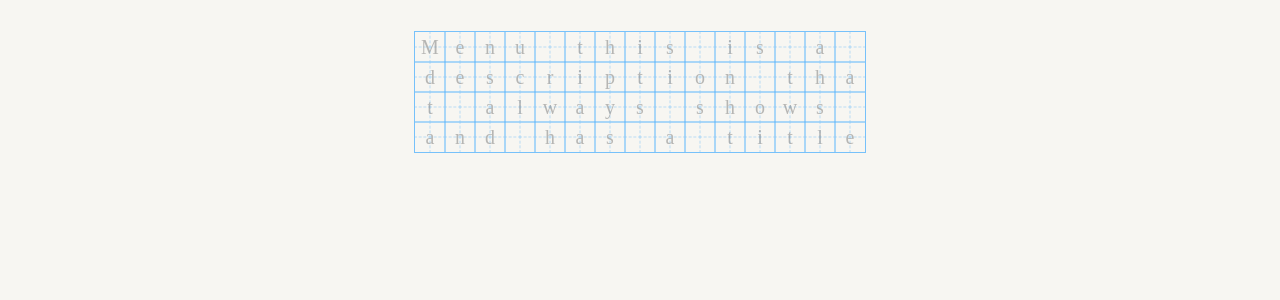
Repository: pyrcl090/p-p
Page: index.html
An editor plug-in stored every save of this project. The page is shown before and after the next save, followed by the edit.
The browser window is 1280 px wide. The pictures show the whole page.
The page's requests for data from a server got no answer. Some web fonts or font styles are not loaded; a fallback is used.

Above is the page before, as saved 2025-04-19 23:34:03.

### index.html
<!DOCTYPE html>
<html lang="en">
<head>
    <meta charset="UTF-8">
    <meta name="viewport" content="width=device-width, initial-scale=1.0">
    <title>P</title>
    <link rel="stylesheet" href="style.css">
</head>
<body>

    <div class="grid-wrapper">
        <div class="grid-border" id="grid-border">
          <!-- JavaScript will populate .grid-item elements here -->
        </div>
      </div>

        <!-- <div class="grid-wrapper">
          <div class="grid-container"></div>
          <div class="overlay-grid"></div>
        </div> -->

        <script src="script.js" async defer></script>
</body>
</html>

### style.css
@font-face {
  font-family: 'HMP';
  src: url("./assets/hiragino-maru-gothic-pron-w4.otf") format("truetype");
}

a {
  color: rgb(167, 151, 0);
  opacity: .5;
}

html, body {
  background-color: rgb(247, 246, 242);
  margin: 0;
  padding: 0;
  font-family: 'HMP';
}

body {

}

.grid-wrapper {
  padding: 2em;
  display: flex;
  justify-content: flex-start;
  align-items: center;
  flex-direction: column;
  width: 100%;
  min-height: 100vh;
  box-sizing: border-box;
}

.grid-border {
  display: flex;
  flex-direction: column;
  align-items: center;
  gap: 2em;
}

/* Inner container holding grid + overlay */
.grid-wrapper-inner {
  position: relative;
  display: inline-block;
  line-height: 0;
}

/* Grid background */
.grid-columns-rows {
  display: grid;
  grid-template-columns: repeat(15, 30px);
  grid-auto-rows: 30px;
  gap: 0;
  outline: 1px solid rgb(88, 181, 253);
  pointer-events: none;
  z-index: 1;
}

/* Each subcell (quad layout) */
.grid-columns-rows .grid-item {
  display: grid;
  grid-template-columns: repeat(2, 1fr);
  grid-template-rows: repeat(2, 1fr);
  width: 30px;
  height: 30px;
  outline: 0.5px solid rgb(88, 181, 253);
  opacity: 0.6;
}

.sub-cell {
  outline: 0.15px dashed rgb(88, 181, 253);
  opacity: 0.4;
  width: 100%;
  height: 100%;
}

/* Overlaid text */
.grid-content {
  display: grid;
  grid-template-columns: repeat(15, 30px);
  grid-auto-rows: 30px;
  gap: 0;
  position: absolute;
  top: 0;
  left: 0;
  z-index: 2;
}

.overlay-item {
  width: 30px;
  height: 30px;
  font-size: 20px;
  text-align: center;
  display: flex;
  justify-content: center;
  align-items: center;
  font-family: 'HMP';
  color: rgba(113, 113, 113, 0.6);
  line-height: 1;
  white-space: nowrap;
  pointer-events: auto;
}

.grid-image {
  width: 100%;  /* Ensure it fills the available width of the wrapper */
  display: block;  /* Block display to avoid inline issues */
  object-fit: contain;  /* Maintain aspect ratio and fit within the container */
  max-height: calc(30px * 10);  /* Ensure the image doesn't exceed the height of 5 rows */
  margin: 0; /* Remove any default margin */
  opacity: .8;
}

.grid-image-wrapper {
  display: flex;  /* Flexbox enables easy alignment of the image */
  justify-content: center;  /* Default alignment to center, you can change it via JS */
  align-items: center;  /* Vertically center the image */
  width: 100%;  /* Make sure it spans the full width of the grid column */
  height: calc(30px * 5);  /* Ensure it takes up exactly 5 rows in height */
}

.grid-item {
  display: flex;
  flex-direction: column;
  width: fit-content;
  opacity: .8;
}

.grid-item.channel-name {
  cursor: pointer;
}

.grid-item.channel-content {
  display: none;
}
/* .content-separator {
  grid-column: span 15;
  height: 30px;
} */

### script.js
const channels = [
  'p-pp-vz1bkeezvp0',
  'read-re_d-rode',
  'putaiinnnnn'
];

const menuItems = [
  {
    title: 'Menu',
    content: 'this is a description that always shows and has a title'
  }
];

const gridBorder = document.getElementById('grid-border');
const cols = 15;
const cellSize = 30;
let currentlyOpenId = null;
const loadedChannels = new Set();

function createGridStructure(numItems) {
  const grid = document.createElement('div');
  grid.className = 'grid-columns-rows';
  const rows = Math.ceil(numItems / cols);
  const totalCells = rows * cols;

  for (let i = 0; i < totalCells; i++) {
    const cell = document.createElement('div');
    cell.className = 'grid-item';

    for (let j = 0; j < 4; j++) {
      const sub = document.createElement('div');
      sub.className = 'sub-cell';
      cell.appendChild(sub);
    }

    grid.appendChild(cell);
  }

  return grid;
}

function createOverlayItem(char, isLink = false, href = '') {
  const div = document.createElement('div');
  div.className = 'overlay-item';

  if (isLink) {
    const a = document.createElement('a');
    a.href = href;
    a.target = '_blank';
    a.textContent = char;
    a.style.textDecoration = 'none';
    a.style.color = 'inherit';
    div.appendChild(a);
  } else {
    div.textContent = char;
  }

  return div;
}

function addTextBlock(text, container) {
  for (const char of text) {
    const div = createOverlayItem(char);
    container.appendChild(div);
  }

  const remainder = text.length % cols;
  if (remainder !== 0) {
    for (let i = 0; i < cols - remainder; i++) {
      container.appendChild(document.createElement('div'));
    }
  }
}

// ✅ New function to fetch all blocks across pages
async function fetchAllBlocks(slug) {
  let page = 1;
  let blocks = [];
  let hasMore = true;

  while (hasMore) {
    const res = await fetch(`https://api.are.na/v2/channels/${slug}?per=100&page=${page}`);
    const data = await res.json();
    blocks = blocks.concat(data.contents);
    hasMore = data.contents.length === 100;
    page++;
  }

  console.log(`Fetched ${blocks.length} blocks from channel: ${slug}`);
  return blocks;
}

async function fillChannelContent(contentEl, slug) {
  console.log('Filling channel content:', slug);

  try {
    const [channelMeta, blocks] = await Promise.all([
      fetch(`https://api.are.na/v2/channels/${slug}?per=1`).then(res => res.json()),
      fetchAllBlocks(slug)
    ]);

    let totalCells = 0;

    // ✅ Add channel description first (if any)
    if (channelMeta.metadata?.description) {
      console.log(`Channel description: ${channelMeta.metadata.description}`);
      addTextBlock(channelMeta.metadata.description, contentEl);
      totalCells += channelMeta.metadata.description.length;
      totalCells += (cols - (channelMeta.metadata.description.length % cols)) % cols;
    }

    for (const block of blocks) {
      console.log(`Block class: ${block.class}`, block);

      if (block.image?.display?.url) {
        const img = document.createElement('img');
        img.src = block.image.display.url;
        img.className = 'grid-image';

        const colSpan = 15;
        const rowSpan = 10;

        img.style.gridColumn = `span ${colSpan}`;
        img.style.gridRow = `span ${rowSpan}`;
        img.style.justifySelf = Math.random() > 0.5 ? 'flex-start' : 'flex-end';

        contentEl.appendChild(img);
        totalCells += colSpan * rowSpan;
      }

      if (block.file?.url) {
        const fileLink = document.createElement('a');
        fileLink.href = block.file.url;
        fileLink.target = '_blank';
        fileLink.textContent = `View file: ${block.file.name || 'Document'}`;
        contentEl.appendChild(fileLink);
        contentEl.appendChild(document.createElement('br'));

        totalCells += 2;
      }

      const text = block.content || block.title || block.body || '';
      if (text) {
        addTextBlock(text, contentEl);
        totalCells += text.length;
        totalCells += (cols - (text.length % cols)) % cols;
      }
    }

    const rowsNeeded = Math.ceil(totalCells / cols);
    const totalCellsNeeded = rowsNeeded * cols;
    console.log(`Total cells needed: ${totalCellsNeeded}`);

    const wrapper = contentEl.closest('.grid-wrapper-inner');
    const oldGrid = wrapper.querySelector('.grid-columns-rows');
    if (oldGrid) oldGrid.remove();

    const newGrid = createGridStructure(totalCellsNeeded);
    wrapper.insertBefore(newGrid, contentEl);

    loadedChannels.add(slug);
    console.log(`Finished rendering content for: ${slug}`);
  } catch (error) {
    console.error(`Error filling content for ${slug}:`, error);
  }
}

function toggleContent(id, slug) {
  const contentWrapper = document.getElementById(id);
  const contentItem = contentWrapper.closest('.channel-content');

  if (currentlyOpenId && currentlyOpenId !== id) {
    const prevWrapper = document.getElementById(currentlyOpenId);
    const prevItem = prevWrapper?.closest('.channel-content');
    if (prevItem) prevItem.style.display = 'none';
  }

  const isOpen = contentItem.style.display === 'block';

  if (isOpen) {
    contentItem.style.display = 'none';
    currentlyOpenId = null;
  } else {
    contentItem.style.display = 'block';
    currentlyOpenId = id;

    if (!loadedChannels.has(slug)) {
      fillChannelContent(contentWrapper, slug);
    }
  }
}

function createChannelItem(channelData, index) {
  const slug = channelData.slug;
  const title = channelData.title || `Channel ${index + 1}`;
  const contentId = `channel-content-${index}`;

  const nameItem = document.createElement('div');
  nameItem.className = 'grid-item channel-name';

  const grid = createGridStructure(title.length);
  const content = document.createElement('div');
  content.className = 'grid-content';

  for (const char of title) {
    const item = createOverlayItem(char);
    item.style.cursor = 'pointer';
    item.addEventListener('click', () => toggleContent(contentId, slug));
    content.appendChild(item);
  }

  const wrapper = document.createElement('div');
  wrapper.className = 'grid-wrapper-inner';
  wrapper.appendChild(grid);
  wrapper.appendChild(content);
  nameItem.appendChild(wrapper);
  gridBorder.appendChild(nameItem);

  const contentItem = document.createElement('div');
  contentItem.className = 'grid-item channel-content';
  contentItem.style.display = 'none';

  const contentGrid = createGridStructure(200); // Initial placeholder
  const contentOverlay = document.createElement('div');
  contentOverlay.className = 'grid-content';
  contentOverlay.id = contentId;

  const contentWrapper = document.createElement('div');
  contentWrapper.className = 'grid-wrapper-inner';
  contentWrapper.appendChild(contentGrid);
  contentWrapper.appendChild(contentOverlay);

  contentItem.appendChild(contentWrapper);
  gridBorder.appendChild(contentItem);
}

// ✅ Renders the always-visible menu with title and content
function renderMenu() {
  menuItems.forEach((menuData, index) => {
    const text = `${menuData.title}\n${menuData.content}`;
    const textLength = text.length;

    const menuItem = document.createElement('div');
    menuItem.className = 'grid-item channel-content';
    menuItem.style.display = 'block';

    const menuGrid = createGridStructure(textLength);
    const menuContent = document.createElement('div');
    menuContent.className = 'grid-content';

    addTextBlock(text, menuContent);

    const menuWrapper = document.createElement('div');
    menuWrapper.className = 'grid-wrapper-inner';
    menuWrapper.appendChild(menuGrid);
    menuWrapper.appendChild(menuContent);

    menuItem.appendChild(menuWrapper);
    gridBorder.appendChild(menuItem);
  });
}

// ✅ Initialize menu and channels
renderMenu();

channels.forEach((slug, index) => {
  fetch(`https://api.are.na/v2/channels/${slug}?per=1`)
    .then(res => res.json())
    .then(data => {
      data.slug = slug;
      createChannelItem(data, index);
    });
});

After the next save:
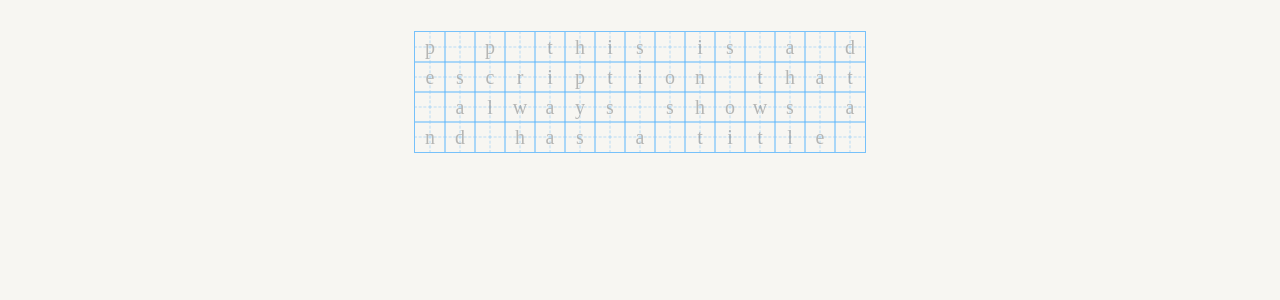
Saved 14 s later.
--- a/script.js
+++ b/script.js
@@ -6,7 +6,7 @@ const channels = [
 
 const menuItems = [
   {
-    title: 'Menu',
+    title: 'p p',
     content: 'this is a description that always shows and has a title'
   }
 ];
